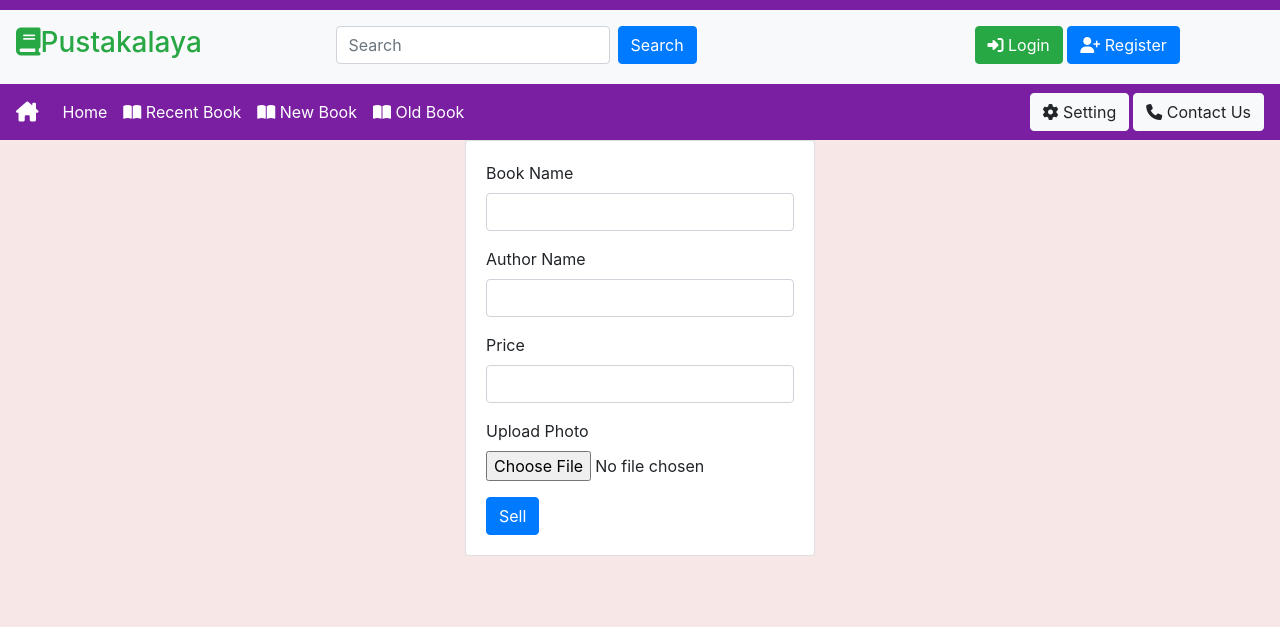
Repository: kalaprabhakar/Pustakalay_Web_Application
Page: http://localhost/E_Book_Management/sell_book.jsp
An editor plug-in stored every save of this project. The page is shown before and after the next save, followed by the edit.
The browser window is 1280 px wide. The pictures show the whole page.
Some web libraries are served in a nearby version. The page is served by Tomcat 10. Other server files are loaded and not shown.

Above is the page before, as saved 2024-02-28 14:33:26.

### E_Book_Management/src/main/webapp/sell_book.jsp
<%@ page language="java" contentType="text/html; charset=ISO-8859-1"
	pageEncoding="ISO-8859-1"%>
<!DOCTYPE html>
<html>
<head>
<meta charset="ISO-8859-1">
<title>Insert title here</title>
<%@ include file="all_component/allcss.jsp"%>
</head>
<body style="background-color: #f7e7e6">
	<%@ include file="all_component/navbar.jsp"%>

	<div class="container">
		<div class="row">
			<div class="col-md-4 offset-md-4">
				<div class="card">
					<div class="card-body">
						<form method="post" action="" enctype="multipart/form-data">
							<div class="form-group">
								<label for="exampleInputEmail1">Book Name </label> <input
									type="text" class="form-control" id="exampleInputEmail1"
									aria-describedby="emailHelp" name="bname">

							</div>
							<div class="form-group">
								<label for="exampleInputEmail1">Author Name </label> <input
									type="text" class="form-control" id="exampleInputEmail1"
									aria-describedby="emailHelp" name="author">

							</div>
							<div class="form-group">
								<label for="exampleInputEmail1">Price </label> <input
									type="number" class="form-control" id="exampleInputEmail1"
									aria-describedby="emailHelp" name="price">

							</div>



							<div class="form-group">
								<label for="exampleFormControlFile1">Upload Photo</label> <input
									name="bimg" type="file" class="form-control-file"
									id="exampleFormControlFile1">

							</div>
							<button type="submit" class="btn btn-primary">Sell</button>
						</form>

					</div>
				</div>

			</div>

		</div>

	</div>

</body>
</html>

### E_Book_Management/src/main/webapp/all_component/allcss.jsp
<link rel="stylesheet"
	href="https://cdn.jsdelivr.net/npm/bootstrap@4.0.0/dist/css/bootstrap.min.css"
	integrity="sha384-Gn5384xqQ1aoWXA+058RXPxPg6fy4IWvTNh0E263XmFcJlSAwiGgFAW/dAiS6JXm"
	crossorigin="anonymous">

<script src="https://code.jquery.com/jquery-3.2.1.slim.min.js"
	integrity="sha384-KJ3o2DKtIkvYIK3UENzmM7KCkRr/rE9/Qpg6aAZGJwFDMVNA/GpGFF93hXpG5KkN"
	crossorigin="anonymous"></script>
<script
	src="https://cdn.jsdelivr.net/npm/popper.js@1.12.9/dist/umd/popper.min.js"
	integrity="sha384-ApNbgh9B+Y1QKtv3Rn7W3mgPxhU9K/ScQsAP7hUibX39j7fakFPskvXusvfa0b4Q"
	crossorigin="anonymous"></script>
<script
	src="https://cdn.jsdelivr.net/npm/bootstrap@4.0.0/dist/js/bootstrap.min.js"
	integrity="sha384-JZR6Spejh4U02d8jOt6vLEHfe/JQGiRRSQQxSfFWpi1MquVdAyjUar5+76PVCmYl"
	crossorigin="anonymous"></script>
<link rel="stylesheet"
	href="https://cdnjs.cloudflare.com/ajax/libs/font-awesome/6.5.1/css/all.min.css"
	integrity="sha512-DTOQO9RWCH3ppGqcWaEA1BIZOC6xxalwEsw9c2QQeAIftl+Vegovlnee1c9QX4TctnWMn13TZye+giMm8e2LwA=="
	crossorigin="anonymous" referrerpolicy="no-referrer" />

	<link  rel="stylesheet" href="all_component/style.css"/>

### E_Book_Management/src/main/webapp/all_component/navbar.jsp
<%@ taglib prefix="c" uri="http://java.sun.com/jsp/jstl/core"%>
<%@ page isELIgnored="false" %>

<div class="container-fluid" style="height : 10px ; background-color:  #7B1FA2 "></div>

<div class="container-fluid p-3 bg-light">
 <div class="row">
     <div class="col-md-3 text-success">
        <h3 > <i class="fa-solid fa-book"></i>Pustakalaya</h3>
     </div>
    <div class="col-md-6">
       <form class="form-inline my-2 my-lg-0">
      <input class="form-control mr-sm-2" type="search" placeholder="Search" aria-label="Search">
      <button class="btn btn-primary my-2 my-sm-0" type="submit">Search</button>
    </form>

    </div>
    <c:if test="${not empty userobj }">
    <div class="col-md-3">

    <a href="checkout.jsp" class="btn btn-ligh"><i class="fa-solid fa-cart-shopping  "></i></a>

      <a href="" class="btn btn-success"><i class="fa-solid fa-user-plus"></i>${userobj.name }</a>
      <a href="logout" class="btn btn-primary"><i class="fa-solid fa-right-to-bracket"></i> Logout</a>

    </div>

    </c:if>

    <c:if test="${ empty userobj }">
    <div class="col-md-3">
      <a href="login.jsp" class="btn btn-success"><i class="fa-solid fa-right-to-bracket"></i> Login</a>
      <a href="register.jsp" class="btn btn-primary"><i class="fa-solid fa-user-plus"></i> Register</a>

    </div>

    </c:if>

 </div>


</div>

<nav class="navbar navbar-expand-lg navbar-dark bg-custom">
  <a class="navbar-brand" href="#"><i class="fa-solid fa-house-chimney"></i></a>
  <button class="navbar-toggler" type="button" data-toggle="collapse" data-target="#navbarSupportedContent" aria-controls="navbarSupportedContent" aria-expanded="false" aria-label="Toggle navigation">
    <span class="navbar-toggler-icon"></span>
  </button>

  <div class="collapse navbar-collapse" id="navbarSupportedContent">
    <ul class="navbar-nav mr-auto">
      <li class="nav-item active">
        <a class="nav-link" href="index.jsp">Home <span class="sr-only">(current)</span></a>
      </li>
      <li class="nav-item active">
        <a class="nav-link" href="all_recent_book.jsp"> <i class="fa-solid fa-book-open"></i> Recent Book</a>
      </li>
      <li class="nav-item active">
        <a class="nav-link" href="all_new_book.jsp"> <i class="fa-solid fa-book-open"></i> New Book</a>
      </li>

      </li>
      <li class="nav-item active">
        <a class="nav-link disabled" href="all_old_book.jsp"> <i class="fa-solid fa-book-open"></i> Old Book</a>
      </li>
    </ul>
    <form class="form-inline my-2 my-lg-0">
      <a href="setting.jsp" class="btn btn-light my-2 my-sm-0" type="submit"><i class="fa-solid fa-gear"></i> Setting</a>
      <button class="btn btn-light my-2 my-sm-0 ml-1" type="submit"><i class="fa-solid fa-phone"></i> Contact Us</button>
    </form>
  </div>
</nav>

### E_Book_Management/src/main/webapp/all_component/style.css
.bg-custom {
	background-color : #7B1FA2 ;
}

.navbar .nav-item:hover .nav-link{

	background-color: white;
	color : black;
	border-radius : 20px ;
}

After the next save:
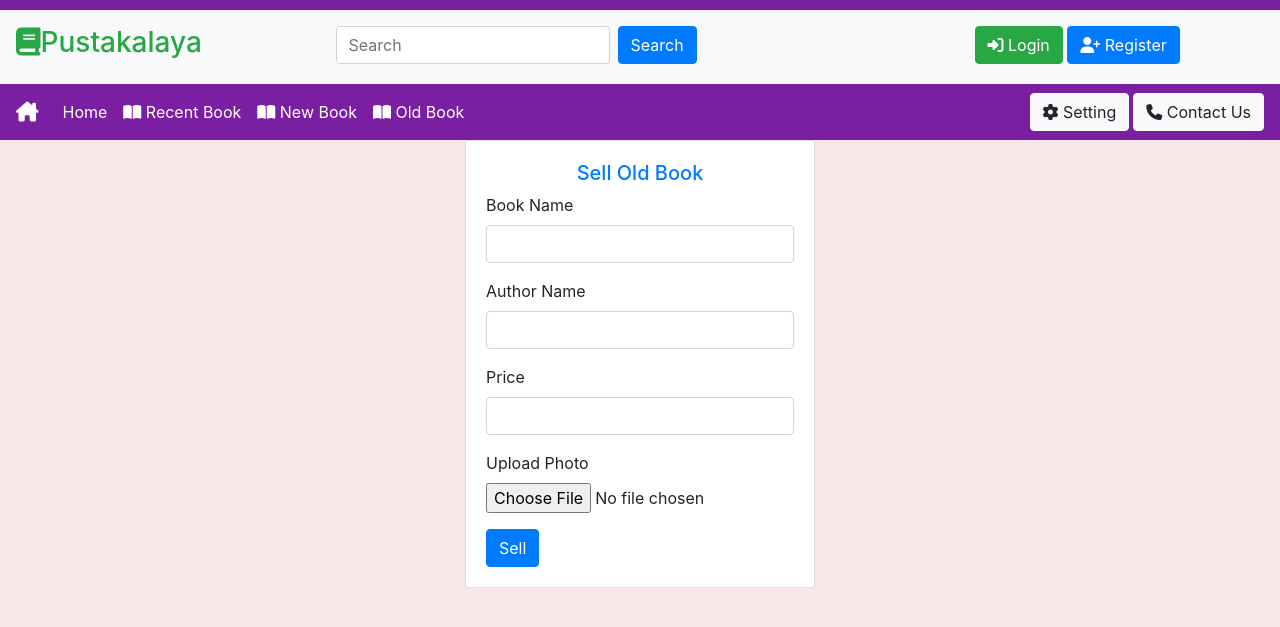
Saved 57 s later.
--- a/E_Book_Management/src/main/webapp/sell_book.jsp
+++ b/E_Book_Management/src/main/webapp/sell_book.jsp
@@ -15,6 +15,7 @@
 			<div class="col-md-4 offset-md-4">
 				<div class="card">
 					<div class="card-body">
+					<h5 class="text-center text-primary">Sell Old Book</h5>
 						<form method="post" action="" enctype="multipart/form-data">
 							<div class="form-group">
 								<label for="exampleInputEmail1">Book Name </label> <input
